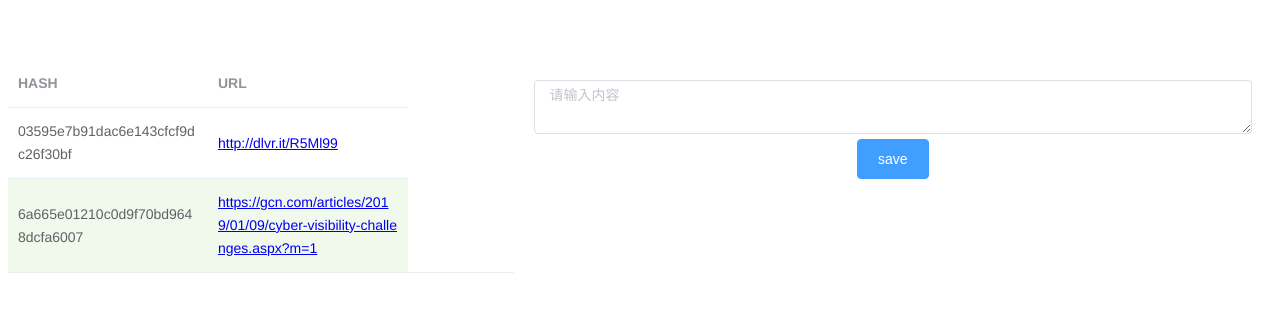
Repository: NicoleGX/TI
Page: /
These files come from the project's save history. The page is drawn as it stood at one moment and after the next save; the edit follows.
The browser window is 1280 px wide. The pictures show the whole page.
The project was rebuilt for these pictures with package versions that can differ from the ones it lists, and the page was loaded fresh each time.

Above is the page before, as saved 2019-05-28 19:58:54.

After the next save:
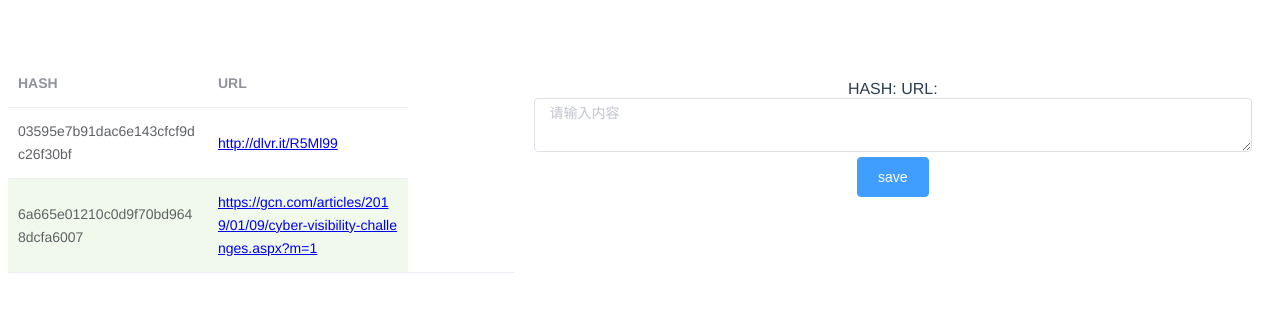
Saved 19 s later.
--- a/src/views/TextClassification.vue
+++ b/src/views/TextClassification.vue
@@ -23,6 +23,8 @@
       </el-table>
     </el-aside>
     <el-main style="width: 60%">
+      HASH:
+      URL:
       <el-input
         type="textarea"
         :autosize="{ minRows: 2, maxRows: 4}"
